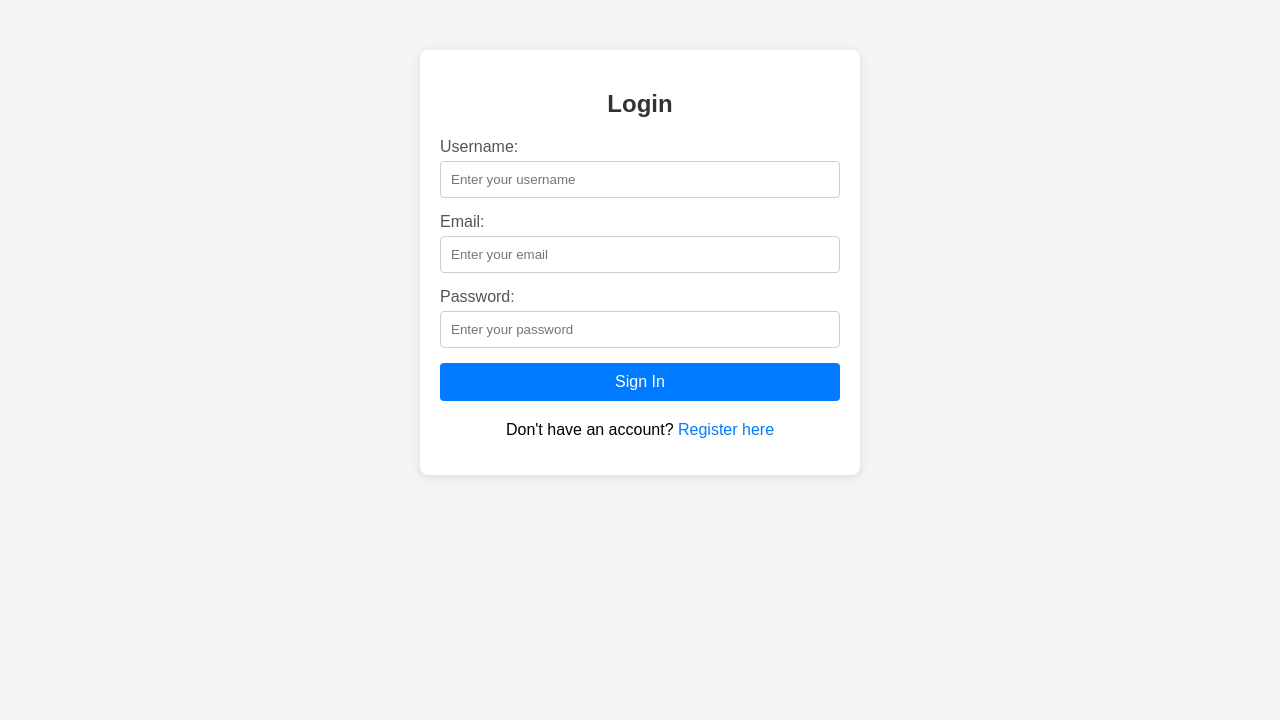
Repository: wmrmweerakoon/Online-Laundry-Management-System
Page: http://localhost/LaundryManagementSystem/Login.jsp
The author's editor kept a copy of each file at every save. The page is drawn from the files as they stood at one save, then again after the next save.
The browser window is 1280 px wide. The pictures show the whole page.
The page is served by Tomcat 9. Other server files are loaded and not shown.

Above is the page before, as saved 2024-10-06 16:14:49.

### Projects/LaundryManagementSystem/src/main/webapp/Login.jsp
<%@ page language="java" contentType="text/html; charset=UTF-8" pageEncoding="UTF-8"%>
<!DOCTYPE html>
<html lang="en">
<head>
    <meta charset="UTF-8">
    <meta name="viewport" content="width=device-width, initial-scale=1.0">
    <title>Login - Online Laundry Management System</title>
    <link rel="stylesheet" href="CSS/Login.css">
</head>
<body>
    <div class="login-container">
        <h2>Login</h2>

        <%-- Display error message if exists --%>
        <div style="text-align: center; margin-bottom: 10px;">
            <%
                String errorMessage = (String) request.getAttribute("errorMessage");
                if (errorMessage != null) {
            %>
                <div style="color: red; font-weight: bold;">
                    <%= errorMessage %>
                </div>
            <%
                }
            %>
        </div>

        <form id="loginForm" action="LoginServlet" method="POST" onsubmit="return validateForm()">
            <div class="form-group">
                <label for="username">Username:</label>
                <input type="text" id="username" name="username" placeholder="Enter your username">
                <span class="error" id="usernameError"></span>
            </div>
            <div class="form-group">
                <label for="email">Email:</label>
                <input type="email" id="email" name="email" placeholder="Enter your email">
                <span class="error" id="emailError"></span>
            </div>
            <div class="form-group">
                <label for="password">Password:</label>
                <input type="password" id="password" name="password" placeholder="Enter your password">
                <span class="error" id="passwordError"></span>
            </div>
            <button type="submit">Sign In</button>
        </form>
        <p>Don't have an account? <a href="Register.jsp">Register here</a></p>
    </div>

    <script>
        function validateForm() {
            let isValid = true;

            // Get form fields
            const username = document.getElementById('username').value.trim();
            const email = document.getElementById('email').value.trim();
            const password = document.getElementById('password').value.trim();

            // Get error message spans
            const usernameError = document.getElementById('usernameError');
            const emailError = document.getElementById('emailError');
            const passwordError = document.getElementById('passwordError');

            // Clear previous error messages
            usernameError.textContent = '';
            emailError.textContent = '';
            passwordError.textContent = '';

            // Username validation
            if (username === '') {
                usernameError.textContent = 'Username is required.';
                isValid = false;
            }

            // Email validation
            const emailPattern = /^[^ ]+@[^ ]+\.[a-z]{2,3}$/;
            if (email === '') {
                emailError.textContent = 'Email is required.';
                isValid = false;
            } else if (!email.match(emailPattern)) {
                emailError.textContent = 'Enter a valid email address.';
                isValid = false;
            }

            // Password validation
            if (password === '') {
                passwordError.textContent = 'Password is required.';
                isValid = false;
            }

            return isValid;
        }
    </script>
</body>
</html>

### Projects/LaundryManagementSystem/src/main/webapp/CSS/Login.css
body {
    font-family: Arial, sans-serif;
    background-color: #f4f4f4; /* Light gray background */
    margin: 0;
    padding: 0;
}

.login-container {
    max-width: 400px; /* Limit width of the login container */
    margin: 50px auto; /* Center it vertically and horizontally */
    padding: 20px; /* Add padding inside the container */
    background-color: #ffffff; /* White background for the form */
    border-radius: 8px; /* Rounded corners */
    box-shadow: 0 2px 10px rgba(0, 0, 0, 0.1); /* Subtle shadow for depth */
}

h2 {
    text-align: center;
    color: #333; /* Dark gray color for the heading */
}

.form-group {
    margin-bottom: 15px; /* Space between form groups */
}

label {
    display: block; /* Make labels block elements */
    margin-bottom: 5px; /* Space between label and input */
    color: #555; /* Medium gray color for labels */
}

input[type="text"],
input[type="email"],
input[type="password"] {
    width: 100%; /* Full width input fields */
    padding: 10px; /* Padding inside the inputs */
    border: 1px solid #ccc; /* Light gray border */
    border-radius: 4px; /* Rounded corners for input fields */
    box-sizing: border-box; /* Ensure padding and border are included in total width */
}

input[type="text"]:focus,
input[type="email"]:focus,
input[type="password"]:focus {
    border-color: #007bff; /* Blue border when focused */
    outline: none; /* Remove default outline */
}

button {
    width: 100%; /* Full width button */
    padding: 10px; /* Padding inside the button */
    background-color: #007bff; /* Bootstrap primary color */
    color: white; /* White text color */
    border: none; /* No border */
    border-radius: 4px; /* Rounded corners for button */
    cursor: pointer; /* Change cursor to pointer */
    font-size: 16px; /* Increase font size */
}

button:hover {
    background-color: #0056b3; /* Darker blue on hover */
}

.error {
    color: red; /* Red color for error messages */
    font-size: 12px; /* Smaller font size for errors */
}

p {
    text-align: center; /* Center the paragraph */
    margin-top: 20px; /* Space above the paragraph */
}

a {
    color: #007bff; /* Blue color for links */
    text-decoration: none; /* Remove underline */
}

a:hover {
    text-decoration: underline; /* Underline links on hover */
}

After the next save:
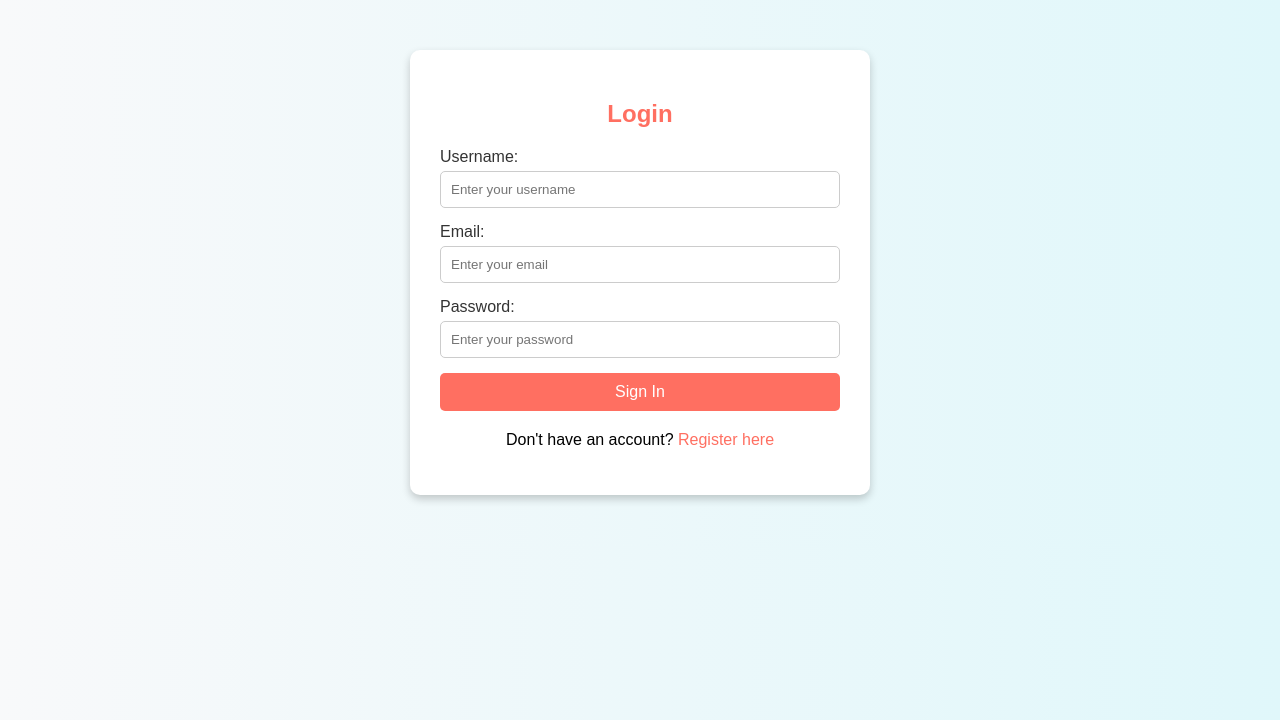
Saved 5 min 56 s later.
--- a/Projects/LaundryManagementSystem/src/main/webapp/CSS/Login.css
+++ b/Projects/LaundryManagementSystem/src/main/webapp/CSS/Login.css
@@ -1,6 +1,6 @@
 body {
     font-family: Arial, sans-serif;
-    background-color: #f4f4f4; /* Light gray background */
+    background: linear-gradient(to right, #f8f9fa, #e0f7fa); /* Gradient background from registration */
     margin: 0;
     padding: 0;
 }
@@ -8,15 +8,15 @@
 .login-container {
     max-width: 400px; /* Limit width of the login container */
     margin: 50px auto; /* Center it vertically and horizontally */
-    padding: 20px; /* Add padding inside the container */
+    padding: 30px; /* Increased padding for a larger form */
     background-color: #ffffff; /* White background for the form */
-    border-radius: 8px; /* Rounded corners */
-    box-shadow: 0 2px 10px rgba(0, 0, 0, 0.1); /* Subtle shadow for depth */
+    border-radius: 10px; /* Rounded corners */
+    box-shadow: 0 4px 8px rgba(0, 0, 0, 0.2); /* Shadow effect */
 }
 
 h2 {
     text-align: center;
-    color: #333; /* Dark gray color for the heading */
+    color: #ff6f61; /* Heading color from registration */
 }
 
 .form-group {
@@ -26,7 +26,7 @@
 label {
     display: block; /* Make labels block elements */
     margin-bottom: 5px; /* Space between label and input */
-    color: #555; /* Medium gray color for labels */
+    color: #333; /* Dark gray color for labels */
 }
 
 input[type="text"],
@@ -35,30 +35,30 @@
     width: 100%; /* Full width input fields */
     padding: 10px; /* Padding inside the inputs */
     border: 1px solid #ccc; /* Light gray border */
-    border-radius: 4px; /* Rounded corners for input fields */
+    border-radius: 5px; /* Rounded corners for input fields */
     box-sizing: border-box; /* Ensure padding and border are included in total width */
 }
 
 input[type="text"]:focus,
 input[type="email"]:focus,
 input[type="password"]:focus {
-    border-color: #007bff; /* Blue border when focused */
+    border-color: #ff6f61; /* Use registration color on focus */
     outline: none; /* Remove default outline */
 }
 
 button {
     width: 100%; /* Full width button */
     padding: 10px; /* Padding inside the button */
-    background-color: #007bff; /* Bootstrap primary color */
+    background-color: #ff6f61; /* Button background color from registration */
     color: white; /* White text color */
     border: none; /* No border */
-    border-radius: 4px; /* Rounded corners for button */
+    border-radius: 5px; /* Rounded corners for button */
     cursor: pointer; /* Change cursor to pointer */
     font-size: 16px; /* Increase font size */
 }
 
 button:hover {
-    background-color: #0056b3; /* Darker blue on hover */
+    background-color: #ff4824; /* Darker button color on hover */
 }
 
 .error {
@@ -72,7 +72,7 @@
 }
 
 a {
-    color: #007bff; /* Blue color for links */
+    color: #ff6f61; /* Link color from registration */
     text-decoration: none; /* Remove underline */
 }
 

After the save that followed:
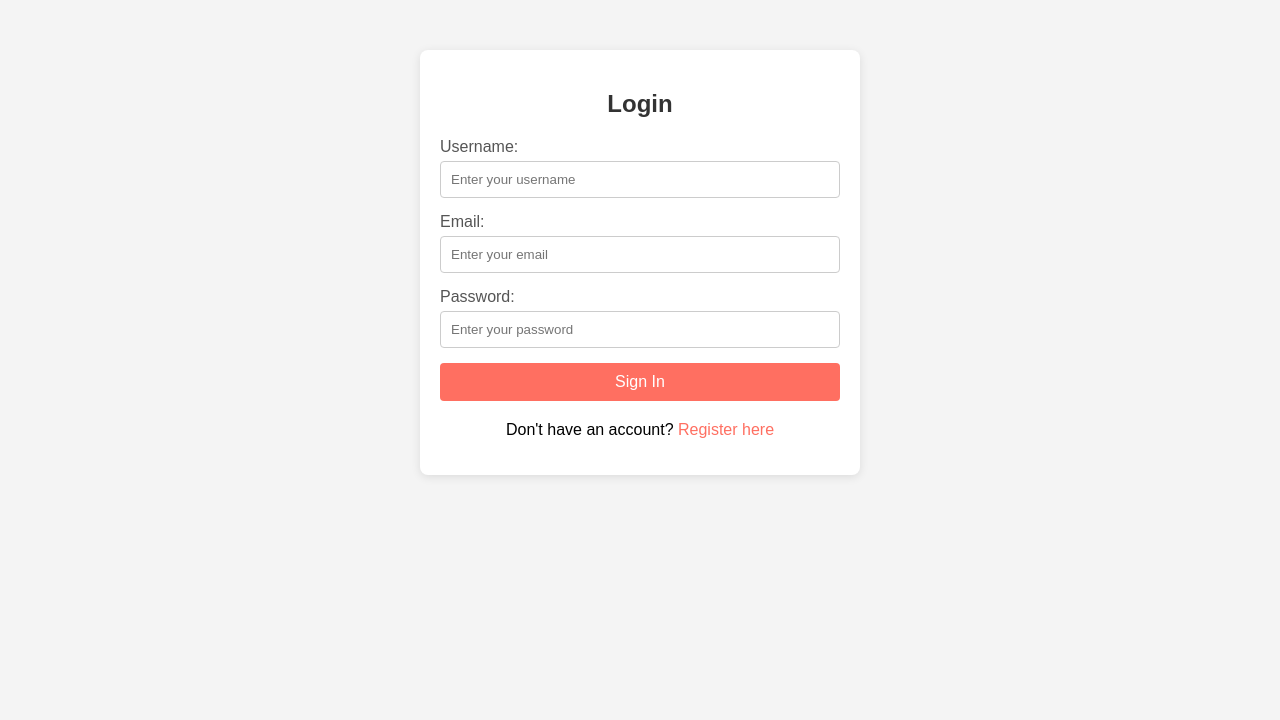
Saved 2 min 55 s later.
--- a/Projects/LaundryManagementSystem/src/main/webapp/CSS/Login.css
+++ b/Projects/LaundryManagementSystem/src/main/webapp/CSS/Login.css
@@ -1,6 +1,6 @@
 body {
     font-family: Arial, sans-serif;
-    background: linear-gradient(to right, #f8f9fa, #e0f7fa); /* Gradient background from registration */
+    background-color: #f4f4f4; /* Light gray background */
     margin: 0;
     padding: 0;
 }
@@ -8,15 +8,15 @@
 .login-container {
     max-width: 400px; /* Limit width of the login container */
     margin: 50px auto; /* Center it vertically and horizontally */
-    padding: 30px; /* Increased padding for a larger form */
+    padding: 20px; /* Add padding inside the container */
     background-color: #ffffff; /* White background for the form */
-    border-radius: 10px; /* Rounded corners */
-    box-shadow: 0 4px 8px rgba(0, 0, 0, 0.2); /* Shadow effect */
+    border-radius: 8px; /* Rounded corners */
+    box-shadow: 0 2px 10px rgba(0, 0, 0, 0.1); /* Subtle shadow for depth */
 }
 
 h2 {
     text-align: center;
-    color: #ff6f61; /* Heading color from registration */
+    color: #333; /* Dark gray color for the heading */
 }
 
 .form-group {
@@ -26,7 +26,7 @@
 label {
     display: block; /* Make labels block elements */
     margin-bottom: 5px; /* Space between label and input */
-    color: #333; /* Dark gray color for labels */
+    color: #555; /* Medium gray color for labels */
 }
 
 input[type="text"],
@@ -35,30 +35,30 @@
     width: 100%; /* Full width input fields */
     padding: 10px; /* Padding inside the inputs */
     border: 1px solid #ccc; /* Light gray border */
-    border-radius: 5px; /* Rounded corners for input fields */
+    border-radius: 4px; /* Rounded corners for input fields */
     box-sizing: border-box; /* Ensure padding and border are included in total width */
 }
 
 input[type="text"]:focus,
 input[type="email"]:focus,
 input[type="password"]:focus {
-    border-color: #ff6f61; /* Use registration color on focus */
+    border-color: #ff6f61; /* Use #ff6f61 for border color when focused */
     outline: none; /* Remove default outline */
 }
 
 button {
     width: 100%; /* Full width button */
     padding: 10px; /* Padding inside the button */
-    background-color: #ff6f61; /* Button background color from registration */
+    background-color: #ff6f61; /* Button background color */
     color: white; /* White text color */
     border: none; /* No border */
-    border-radius: 5px; /* Rounded corners for button */
+    border-radius: 4px; /* Rounded corners for button */
     cursor: pointer; /* Change cursor to pointer */
     font-size: 16px; /* Increase font size */
 }
 
 button:hover {
-    background-color: #ff4824; /* Darker button color on hover */
+    background-color: #ff4824; /* Darker color on hover */
 }
 
 .error {
@@ -72,7 +72,7 @@
 }
 
 a {
-    color: #ff6f61; /* Link color from registration */
+    color: #ff6f61; /* Link color */
     text-decoration: none; /* Remove underline */
 }
 
